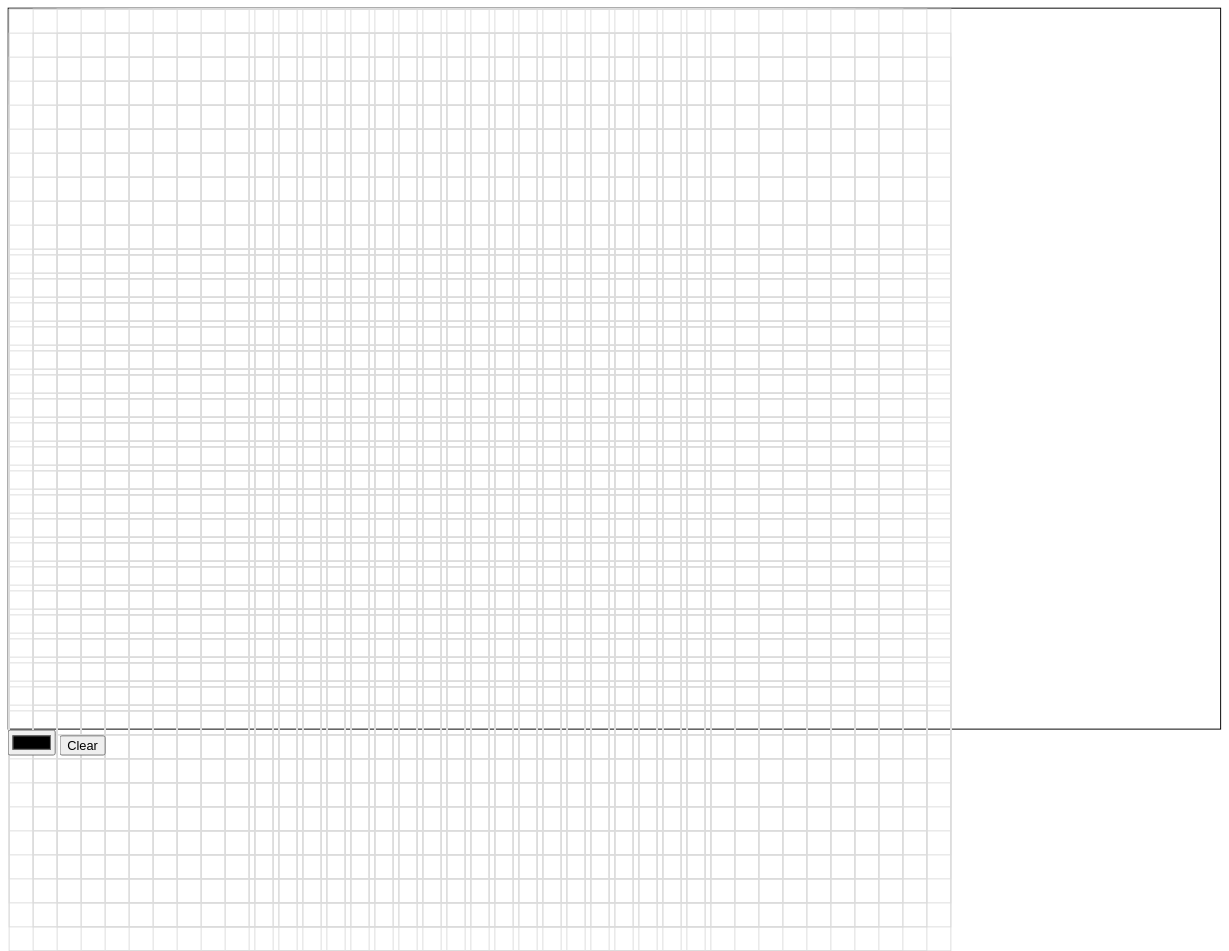
Repository: oldens/handwritten-digit-recognition
Page: index.html
The author's editor kept a copy of each file at every save. The page is drawn from the files as they stood at one save, then again after the next save.
The browser window is 1280 px wide. The pictures show the whole page, at 96% of full size.

Above is the page before, as saved 2025-01-31 15:46:05.

After the next save:
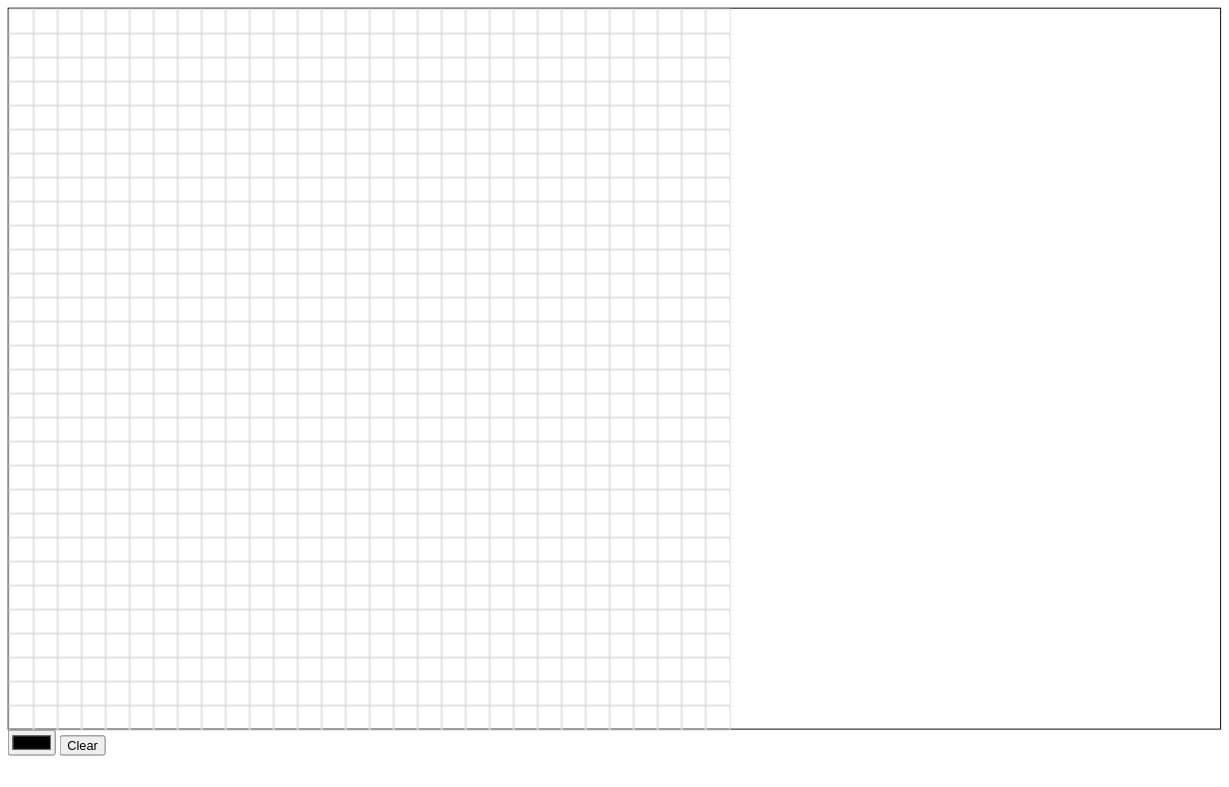
Saved 10 s later.
--- a/script.js
+++ b/script.js
@@ -4,7 +4,7 @@ const clearButton = document.getElementById('clear-button');
 
 const numRows = 30;
 const numCols = 30;
-const cellSize = 255; // Change to 20 if you want larger cells
+const cellSize = 25; // Change to 20 if you want larger cells
 
 let drawingData = Array.from({ length: numRows }, () => Array(numCols).fill('#FFFFFF'));
 
